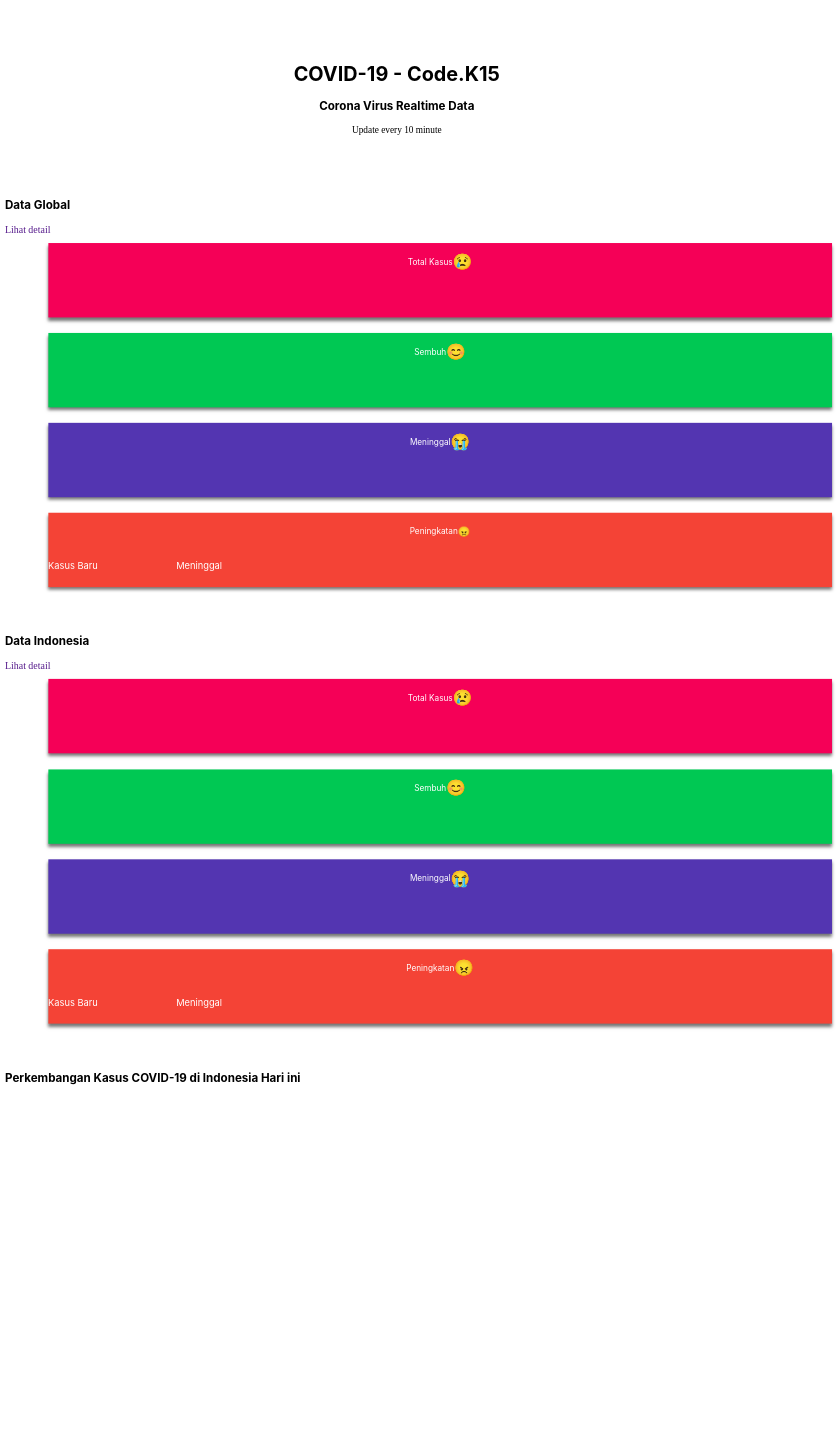
Repository: fathur15/covid19-monitoring
Page: http://localhost/covid19/apps/views/data/main/dashboard.php
The author's editor kept a copy of each file at every save. The page is drawn from the files as they stood at one save, then again after the next save.
The browser window is 1280 px wide. The page is 1348 px wide, so the pictures cover 1348 px, including what lies to the right of the window. The pictures show the whole page, at 62% of full size.
The page is run by PHP 8.4 with error messages shown; the project is at /var/www/html/.

Above is the page before, as saved 2020-04-18 10:56:03.

After the next save:
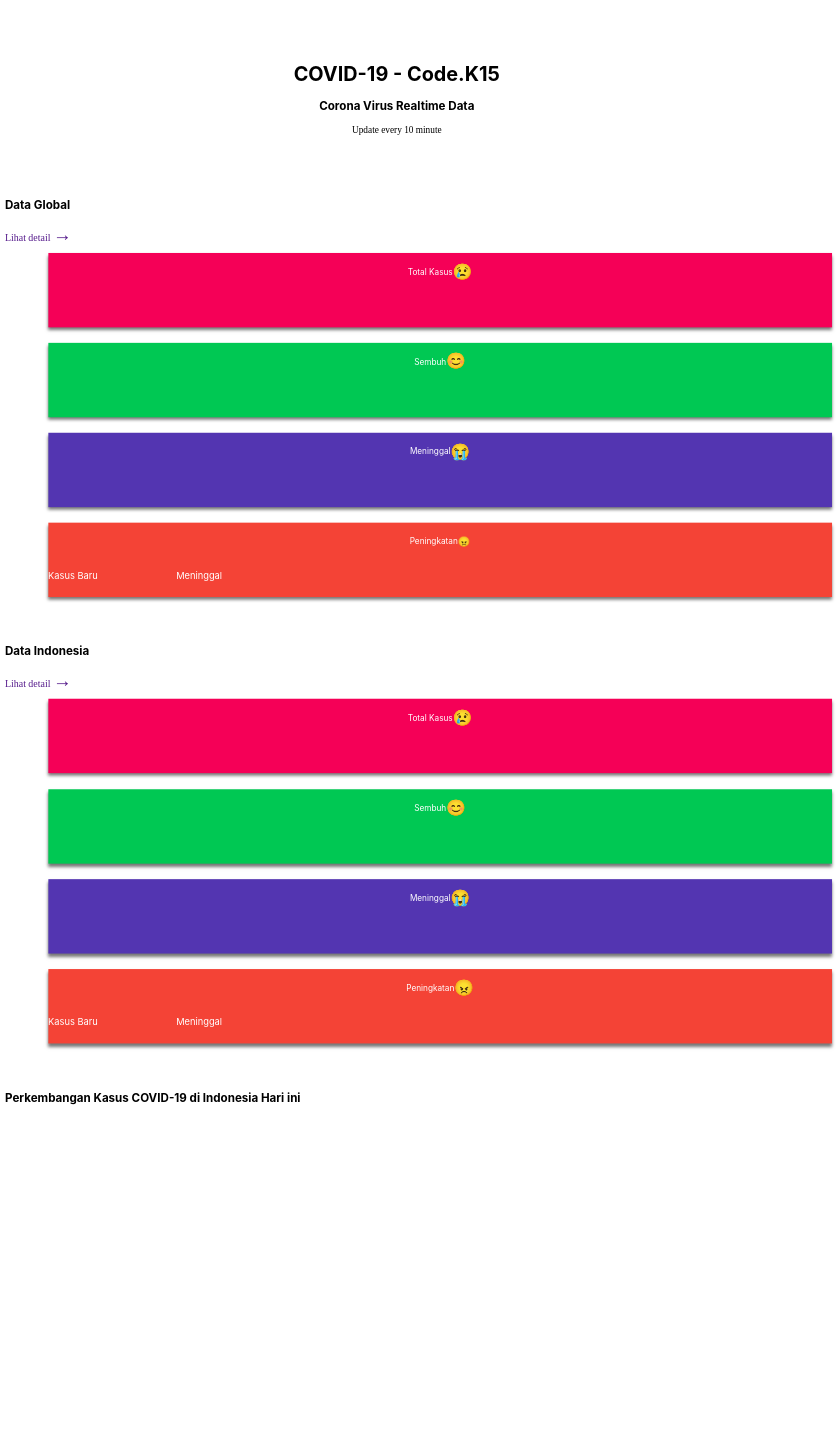
Saved 3 min 7 s later.
--- a/apps/views/data/main/dashboard.php
+++ b/apps/views/data/main/dashboard.php
@@ -31,10 +31,10 @@
         left: auto;
     } */
     .grafik {
-  width: 80%;
-  height: 480px;
-  margin: 0 auto;
-}
+        width: 80%;
+        height: 480px;
+        margin: 0 auto;
+    }
 
 </style>
 <div class="content">
@@ -49,7 +49,9 @@
             <div class="row content-main-wrapper">
                 <div class="head-main-content">
                     <h3>Data Global</h3>
-                    <a style="text-decoration: none" href="">Lihat detail  <i class="fas fa-long-arrow-alt-right" aria-hidden="true"></i></a>
+                    <a style="text-decoration: none" href="">Lihat detail <span style="font-size: 30px"> &#x2192 </span>
+                        <!-- <i class="fas fa-long-arrow-alt-right" aria-hidden="true"></i> -->
+                    </a>
                 </div>
                 <div id="resumeGlobal" class="row resume" style="width: 100%; margin: 0 5%" >
                         <div class ="col-sm-12 col-md-6 col-lg-6 col-xl-3">
@@ -110,7 +112,9 @@
             <div class="row content-main-wrapper" >
                 <div class="head-main-content">
                     <h3>Data Indonesia</h3>
-                    <a style="text-decoration: none" href="">Lihat detail  <i class="fas fa-long-arrow-alt-right" aria-hidden="true"></i></a>
+                    <a style="text-decoration: none" href="">Lihat detail <span style="font-size: 30px"> &#x2192 </span>
+                     <!-- <i class="fas fa-long-arrow-alt-right" aria-hidden="true"></i> -->
+                      </a>
                 </div>
                  <div id="resumeIndonesia" class="row resume" style="width: 100%; margin: 0 5%;" >
                     <div class ="col-sm-12 col-md-6 col-lg-6 col-xl-3">
